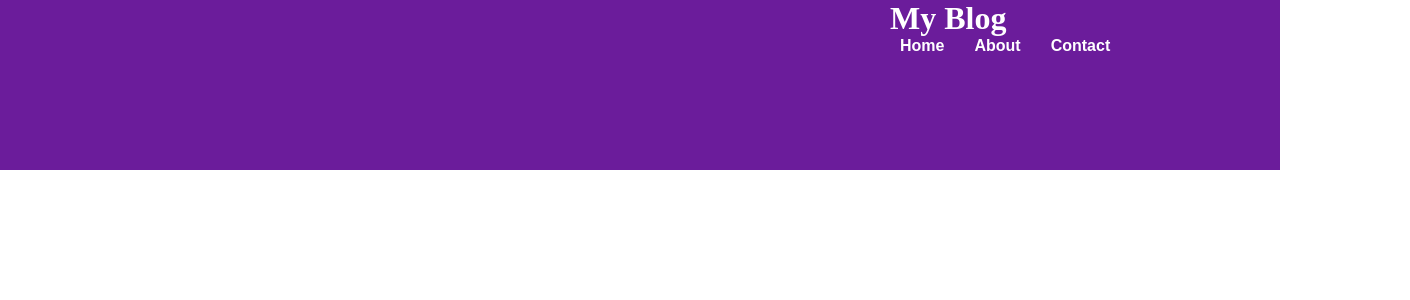
Repository: Femi007-gh/BLOG
Page: index.html
The author's editor kept a copy of each file at every save. The page is drawn from the files as they stood at one save, then again after a run of saves.
The browser window is 1280 px wide. The page is 1280 px wide, then 1410 px, so the pictures cover 1410 px, including what lies to the right of the window. The pictures show the whole page.

Above is the page before, as saved 2025-01-08 07:10:26.

### index.html
<html>
  <head>
    <title>BLOG</title>
    <link rel="stylesheet" href="style.css">
  </head>
  <body>
    <header>
      <h1 class="head">My Blog</h1>
      <nav>
        <ul>
          <li><a href="#">Home</a></li>
          <li><a href="#">About</a></li>
          <li><a href="#">Contact</a></li>
        </ul>
      </nav>
    </header>
  </body>
</html>

### style.css
header {
  background-color: 6B1C9B;
  color: white;
  height: 170px;
}
* {
  margin: 0;
  padding: 0;
}

.desc {
  max-width: 1200px;
  margin: o auto;
  display: flex;
  align-items: center;
  justify-content: space-between;
}

header h1 {
  margin-left:890px;
}

nav ul {
  list-style-type: none;
  display:  flex;
}


 li a {
  color: white;
  text-decoration: none;
  font-weight: bold;
  margin-left: 900px;
  justify-content: space-evenly;
  margin-right: -870px;
}

li a{
  text-decoration: none;
  font-family: Arial;
}

After the next 2 saves:
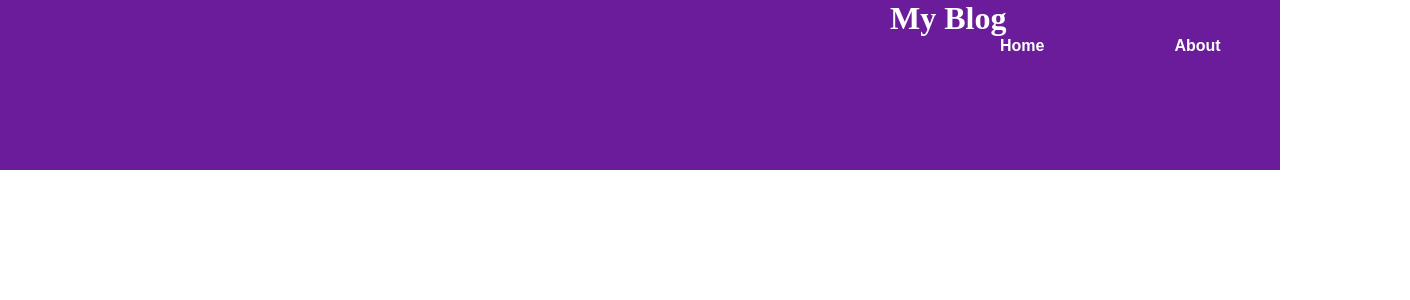
The 2 saves are shown as one change because they came seconds apart.
The last was saved 60 s later.
--- a/style.css
+++ b/style.css
@@ -30,7 +30,7 @@ nav ul {
   color: white;
   text-decoration: none;
   font-weight: bold;
-  margin-left: 900px;
+  margin-left: 1000px;
   justify-content: space-evenly;
   margin-right: -870px;
 }
